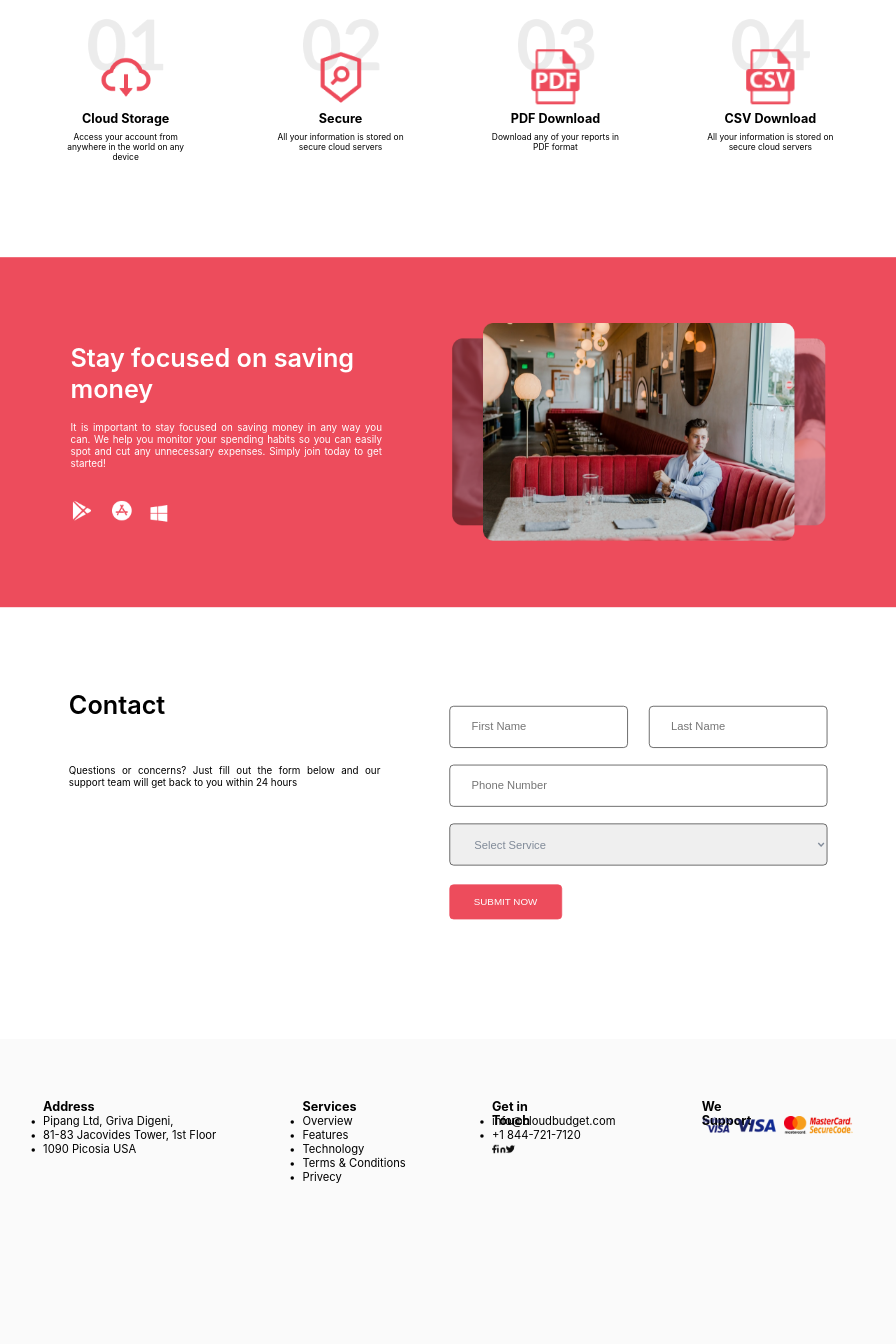
Repository: Ola-22/cloudBudget
Page: /
These files come from the project's save history. The page is drawn as it stood at one moment and after the next save; the edit follows.
The browser window is 1280 px wide. The pictures show the part of the page from y = 2108 to 4028 px (the page is 4028 px tall), at 70% of full size.
The project was rebuilt for these pictures with package versions that can differ from the ones it lists, and the page was loaded fresh each time.

Above is the page before, as saved 2021-09-14 14:27:30.

### src/App.js
import "./App.css";
import {
  Navbar,
  MainContent,
  VideoSection,
  Features,
  Technology,
  AppDownload,
  Contact,
  Footer,
} from "./components/component-path";

function App() {
  return (
    <div className="App">
      <div
        className="app-main"
        style={{
          backgroundImage:
            "linear-gradient(90deg, rgba(213, 32, 71, 0.8) 0%, rgba(238, 61, 27, 0.8) 100%),url(/images/bg.png)",
          height: "782px",
        }}
      >
        <Navbar />
        <MainContent />
      </div>
      <VideoSection />
      <Features />
      <Technology />
      <AppDownload />
      <Contact />
      <Footer />
    </div>
  );
}

export default App;

### src/App.css
*{
  margin: 0;
  padding: 0;
  box-sizing: border-box;
}

.app-main{
  /* height: 782px; */
  background-position: center;
  background-repeat: no-repeat;
  background-size: cover;
  position: relative;
}

### src/Components/component-path.js
export { default as Navbar } from "./Navbar";
export { default as MainContent } from "./MainContent";
export { default as VideoSection } from "./VideoSection";
export { default as Features } from "./Features";
export { default as Technology } from "./Technology";
export { default as AppDownload } from "./AppDownload";
export { default as Contact } from "./Contact";
export { default as Footer } from "./Footer";

### src/Components/Navbar/index.jsx
import "./style.scss";
import { Link, BrowserRouter as Router } from "react-router-dom";

function Navbar() {
  return (
    <div className="nav-main">
      <div className="nav-box">
        <img src="/images/Vector.png" alt="" />
        <h3>CLOUDBUDGET</h3>
      </div>
      <Router>
        <nav>
          <Link to="/">overview</Link>
          <Link to="/">features</Link>
          <Link to="/">technology</Link>
          <Link to="/">contact</Link>
          <Link to="/">sign up</Link>
        </nav>
      </Router>
      <div style={{ display: "flex", cursor: "pointer" }}>
        <div className="flag-box">
          <img src="/images/flag.png" alt="" />
          <h4>EN</h4>
          <img src="/images/vector2.png" alt="" />
        </div>
        <button>Login</button>
      </div>
    </div>
  );
}

export default Navbar;

### src/Components/MainContent/index.jsx
import "./style.css";

export default function MainContent() {
  return (
    <div className="main-content">
      <h1>CloudBudget</h1>
      <p>
        Cloud budget management for everyone. Only €69.95 a Month After a 7 Day
        Trial of
        <br /> Up to €4.99
      </p>
      <button>sign up</button>
    </div>
  );
}

### src/Components/VideoSection/index.jsx
import "./style.scss";

export default function VideoSection() {
  return (
    <div className="videoMain">
      <div className="video-content">
        <h2>Easy to Use Cloud Budget Management Software</h2>
        <p>
          Our software is made so you can access and manage your budget and
          expenses online at any time from any device. It provides detailed
          income and expense reports with graphs so you can easilly see your
          spending patterns and budget at a glance. Read below to find out more.
        </p>
        <a href="#">Learn More</a>
      </div>
      <div>
        <img src="/images/play.png" alt="" />
        <img src="/images/Video_bg.png" alt="" />
      </div>
    </div>
  );
}

### src/Components/Features/index.jsx
import FeaturesCard from "./FeaturesCard";
import "./style.scss";

export default function Features() {
  return (
    <div className="features-main">
      <h1>Features</h1>
      <div>
        <FeaturesCard
          src="/images/features1.png"
          title="Supports All Currencies and Cards"
          paragraph="We support all popular currencies and is fully customizable to add"
          readmore="Read More"
        />
        <FeaturesCard
          src="/images/features2.png"
          title="Manage your expenses on the go"
          paragraph="You can access your account from anywhere in the world on any device"
          readmore="Read More"
        />
        <FeaturesCard
          src="/images/features3.png"
          title="Cloud Budget Management Software"
          paragraph="Our software is made so you can access and manage your budget"
          readmore="Read More"
        />
      </div>
    </div>
  );
}

### src/Components/Technology/index.jsx
import "./style.scss";
import TechCard from "./TechCard";

export default function Technology() {
  return (
    <div className="tech-main">
      <h1>Technology</h1>
      <div>
        <TechCard
          src="/images/tech1.png"
          title="Cloud Storage"
          paragraph="Access your account from anywhere in the world on any device"
          background="01.png"
        />
        <TechCard
          src="/images/tech2.png"
          title="Secure"
          paragraph="All your information is stored on secure cloud servers"
          background="02.png"
        />
        <TechCard
          src="/images/tech3.png"
          title="PDF Download"
          paragraph="Download any of your reports in PDF format"
          background="03.png"
        />
        <TechCard
          src="/images/tech4.png"
          title="CSV Download"
          paragraph="All your information is stored on secure cloud servers"
          background="04.png"
        />
      </div>
    </div>
  );
}

### src/Components/AppDownload/index.jsx
import "./style.scss";

export default function AppDownload() {
  return (
    <div className="download-main">
      <div>
        <h1>Stay focused on saving money</h1>
        <p>
          It is important to stay focused on saving money in any way you can. We
          help you monitor your spending habits so you can easily spot and cut
          any unnecessary expenses. Simply join today to get started!
        </p>
        <img src="/images/playstore.png" alt="" />
        <img src="/images/applestore.png" alt="" />
        <img src="/images/windows.png" alt="" />
      </div>
      <div>
        <div>
          <img src="/images/Video_bg3.png" alt="" />
          <img src="/images/Video_bg2.png" alt="" />
        </div>
        <img src="/images/Video_bg1.png" alt="" />
      </div>
    </div>
  );
}

### src/Components/Contact/index.jsx
import "./style.scss";
import Input from "./Input";

export default function Contact() {
  return (
    <div className="contact-main">
      <div>
        <h4>Contact</h4>
        <p>
          Questions or concerns? Just fill out the form below and our support
          team will get back to you within 24 hours
        </p>
      </div>
      <div>
        <div>
          <Input
            name="first_name"
            id="first_name"
            type="text"
            // onChange={this.handleChange}
            // value={email}
            placeholder="First Name"
          />
          <Input
            name="last_name"
            id="last_name"
            type="text"
            // onChange={this.handleChange}
            // value={email}
            placeholder="Last Name"
          />
        </div>
        <div>
          <Input
            name="phone"
            id="phone"
            type="text"
            // onChange={this.handleChange}
            // value={email}
            placeholder="Phone Number"
          />
        </div>

        <select name="service" id="service">
          <option value="other">Select Service</option>
          <option value="other">other</option>
          <option value="other">other</option>
          <option value="other">other</option>
        </select>
        <button>Submit now</button>
      </div>
    </div>
  );
}

### src/Components/Footer/index.jsx
import "./style.scss";

export default function Footer() {
  return (
    <div className="footer-main">
      <div>
        <h3>Address</h3>
        <ul>
          <li> Pipang Ltd, Griva Digeni,</li>
          <li>81-83 Jacovides Tower, 1st Floor</li>
          <li>1090 Picosia USA</li>
        </ul>
      </div>
      <div>
        <h3>Services</h3>
        <ul>
          <li>Overview</li>
          <li>Features</li>
          <li>Technology</li>
          <li>Terms & Conditions</li>
          <li>Privecy</li>
        </ul>
      </div>
      <div>
        <h3>Get in Touch</h3>
        <ul>
          <li>info@cloudbudget.com</li>
          <li>+1 844-721-7120</li>
        </ul>
        <div>
          <a href="https://www.facebook.com/">
            <img src="/images/facebook.png" alt="" />
          </a>
          <a href="https://www.linkedin.com/">
            <img src="/images/linkedin.png" alt="" />
          </a>
          <a href="https://twitter.com/">
            <img src="/images/twitter.png" alt="" />
          </a>
        </div>
      </div>
      <div>
        <h3>We Support</h3>
        <img src="/images/secure.png" alt="" />
      </div>
    </div>
  );
}

### src/Components/Navbar/style.scss
@import "../../styles/variables.scss";

.nav-main{
  display: flex;
  align-items: center;
  justify-content: space-around;
  padding-top: 52px;
  & >nav{
    display: flex;
    & >a {
      margin-left: 20px;
      text-transform: uppercase;
      color: $whiteColor;
      font-size: 14px;
      text-decoration: none;
    }
  }

  & button{
    width: 100px;
    height: 40px;
    background-color: transparent;
    border-radius: 6px;
    border: 1px solid $whiteColor;
    font-size: 14px;
    text-transform: uppercase;
    color: $whiteColor;
    margin-inline-start: 28.81px;
    margin-inline-end: 28px;
  }
}

.nav-box{
  display: flex;
  // margin-left: 5%;
  & > h3{
    font-size: 18px;
    margin-left: 9.9px;
    color: white;
  }
}

.flag-box{
  display: flex;
  align-items: center;
  width: 96px;
  & > h4{
    font-size: 14px;
    color: $whiteColor;
    margin-inline-start: 13.81px;
    margin-inline-end: 13.81px;
  }
}

### src/Components/MainContent/style.css
.main-content {
  display: -webkit-box;
  display: -ms-flexbox;
  display: flex;
  -webkit-box-align: center;
      -ms-flex-align: center;
          align-items: center;
  -webkit-box-orient: vertical;
  -webkit-box-direction: normal;
      -ms-flex-direction: column;
          flex-direction: column;
  color: #ffffff;
  margin-top: 158px;
}

.main-content > h1 {
  font-size: 72px;
  text-transform: uppercase;
  margin-left: 18px;
  letter-spacing: 0.05em;
}

.main-content > p {
  font-size: 24px;
  width: 540px;
  height: 124px;
  font-weight: 600;
  overflow-wrap: break-word;
  text-align: center;
  margin: 0;
}

.main-content > button {
  background-color: #ffffff;
  border-radius: 6px;
  width: 160px;
  height: 50px;
  font-size: 14px;
  text-transform: uppercase;
  color: #ED4C5C;
  border: none;
  font-weight: 600;
  cursor: pointer;
}
/*# sourceMappingURL=style.css.map */

### src/Components/VideoSection/style.scss
@import "../../styles/variables.scss";

.videoMain{
  display: flex;
  justify-content: space-around;
  margin-top: 94px;
  height: 500px;
  flex-wrap: wrap;
  & > div:last-of-type{
    position: relative;
    & img:first-of-type{
      border: 1px solid $btnColor;
      background-color: $btnColor;
      border-radius: 50%;
      padding: 20px;
      // width: 18px;
      position: absolute;
      margin-top: 123px;
      left: -32px;
    }
  }
}

.video-content{
  width: 445px;
  & > h2{
    font-size: 36px;
    line-height: 43px;
    margin-top: 46px;
    font-weight: 600;
  }
  & > p{
    font-size: 14px;
    text-align: justify;
    margin: 24px 0;
  }
  & > a{
    color: $btnColor;
    font-size: 14px;
    text-decoration: none;
  }
}

### src/Components/Features/FeaturesCard/index.js
import "./style.scss";

export default function FeaturesCard({ src, title, paragraph, readmore }) {
  return (
    <div className="features-card">
      <img src={src} alt="" />
      <div>
        <h3>{title}</h3>
        <p>{paragraph}</p>
        <a href="#">{readmore}</a>
      </div>
    </div>
  );
}

### src/Components/Features/style.scss
.features-main{
  background-color: #fafafa;
  // padding-top: 60px;
  height: 600px;
  & >h1{
    text-align: center;
    padding-top: 60px;
    padding-bottom: 63px;
  }
  & > div:first-of-type{
    display: flex;
    justify-content: space-evenly;
    height: 660px;
    flex-wrap: wrap;
  }
}

### src/Components/Technology/style.scss
.tech-main{
   height: 500px;

   & > h1{
     font-size: 36px;
     text-align: center;
     padding-top: 63px;
     padding-bottom: 52px;
   }

  & > div:first-of-type{
    display: flex;
    justify-content: space-evenly;
    flex-wrap: wrap;
  }
}

### src/Components/Technology/TechCard/index.jsx
import "./style.scss";

export default function TechCard({ src, title, paragraph, background }) {
  return (
    <div
      className="tech-card"
      style={{
        backgroundImage: `url(/images/${background}`,
        backgroundRepeat: "no-repeat",
        position: "relative",
        backgroundPosition: "center top",
      }}
    >
      <img src={src} alt="" />
      <h2>{title}</h2>
      <p>{paragraph}</p>
    </div>
  );
}

### src/Components/AppDownload/style.scss
@import "../../styles/variables.scss";

.download-main{
  background-color: $btnColor;
  height: 500px;
  color: $whiteColor;
  display: flex;
  justify-content: space-evenly;
  position: relative;
  &>div:first-of-type{
    width: 445px;
    & > h1{
      margin-top: 122px;
      width: 445px;
      font-size: 36px;
      font-weight: 600;
      margin-bottom: 24px;
    }
    & >p{
      margin-bottom: 44px;
      font-size: 14px;
      text-align: justify;
    }
    & > img:not(:first-of-type){
      margin-left: 25px;
    }
  }
  &>div:last-of-type{
    width: 533px;
    position: relative;
    padding-top: 116px;
    & > div {
    display: flex;
    position: relative;
    & >img:first-of-type{
      position: absolute;
      left: 150px;
    }
    }
    & > img{
      position: absolute;
      left: 44px;
      top: 94px;
    }
  }
}

### src/Components/Contact/style.scss
@import "../../styles/variables.scss";

.contact-main{
  display: flex;
  margin-top: 117px;
  justify-content: space-evenly;
  height: 500px;
  &> div:first-of-type{
    width: 445px;
    height: 160px;
    & > h4{
      font-size: 36px;
      font-weight: 600;
      height: 107px;
    }
    & >p{
      height: 64px;
      font-size: 14px;
      text-align: justify;
    }
  }
  &>div:last-of-type{
    width: 540px;
    height: 305px;

    & input, & select{
       height: 60px;
       border-radius: 6px;
       font-size: 16px;
       color: rgba(19,39,67,0.5);
       padding-left: 31px;
       outline: none;
       border: 1px solid #333333;
    }

    & input, & >select{
      width: 540px;
      margin-top: 24px;
    }

    &>div:first-of-type{
       &  input{
       width: 255px;
      &:last-of-type{
        margin-left: 30px;
      }
    }
    }


    & > button{
      background-color: $btnColor;
      border-radius: 6px;
      width: 161px;
      height: 50px;
      margin-top: 27px;
      border: 1px solid $btnColor;
      color: $whiteColor;
      text-transform: uppercase;
      font-size: 14px;
    }
  }
}

### src/Components/Contact/Input/index.jsx
// import React from "react";

export default function Input({
  name,
  type,
  onChange,
  value,
  placeholder,
  id,
}) {
  return (
    <>
      <input
        name={name}
        type={type}
        id={id}
        onChange={onChange}
        value={value}
        placeholder={placeholder}
        className="inputLog"
      />
    </>
  );
}

### src/Components/Footer/style.scss
.footer-main{
  display: flex;
  flex-wrap: wrap;
  height: 435px;
  background-color: #fafafa;
  padding-top: 85px;
  justify-content: space-around;

  & h3{
    font-size: 18px;
    width: 65px;
    height: 22px;
  }

  & p {
    margin-top: 33px;
    font-size: 12px;
    width: 254px;
    height: 54px;
    text-align: justify;
  }

}

### src/styles/variables.scss
$whiteColor: #ffffff;
$blackColor: #000000;
$orangeColor: #EE3D1B;
$pinkColor: #D52047;
$btnColor: #ED4C5C;

### src/Components/Features/FeaturesCard/style.scss
@import "../../../styles/variables.scss";


.features-card{
  position: relative;
  text-align: center;
  & > div{
    background-color: $whiteColor;
    position: absolute;
    top: 157px;
    width: 293px;
    height: 198px;
    left: 29px;
    box-shadow: 0px 5px 30px rgba(0, 0, 0, 0.1);
    display: flex;
    flex-direction: column;
    align-items: center;
    color: #101010;
    border-radius: 8px;
    & > h3{
      margin-top: 33px;
      margin-bottom: 20px;
      font-size: 18px;
      width: 229px;
    }
    & > p{
      font-size: 12px;
      width: 229px;
      height: 57px;
    }
    & > a{
      color: $btnColor;
      font-size: 12px;
      font-weight: bold;
      text-decoration: none;
    }
  }
}

### src/Components/Technology/TechCard/style.scss
.tech-card{
  width: 255px;
  height: 226px;
  display: flex;
  flex-direction: column;
  align-items: center;
  flex-wrap: wrap;
  & > img{
    margin-top: 44px;
    width: 80px;
    height: 80px;
    object-fit: contain;
  }
  & >h2{
    font-size: 18px;
    margin-bottom: 10px;
    margin-top: 8px;
  }
  & > p{
    font-size: 12px;
    width: 191px;
    height: 51px;
    text-align: center;
    line-height: 14px;
  }
}

Loaded but not shown: public/index.html (common file); src/index.js (common file); src/index.css (common file); src/reportWebVitals.js (common file)

After the next save:
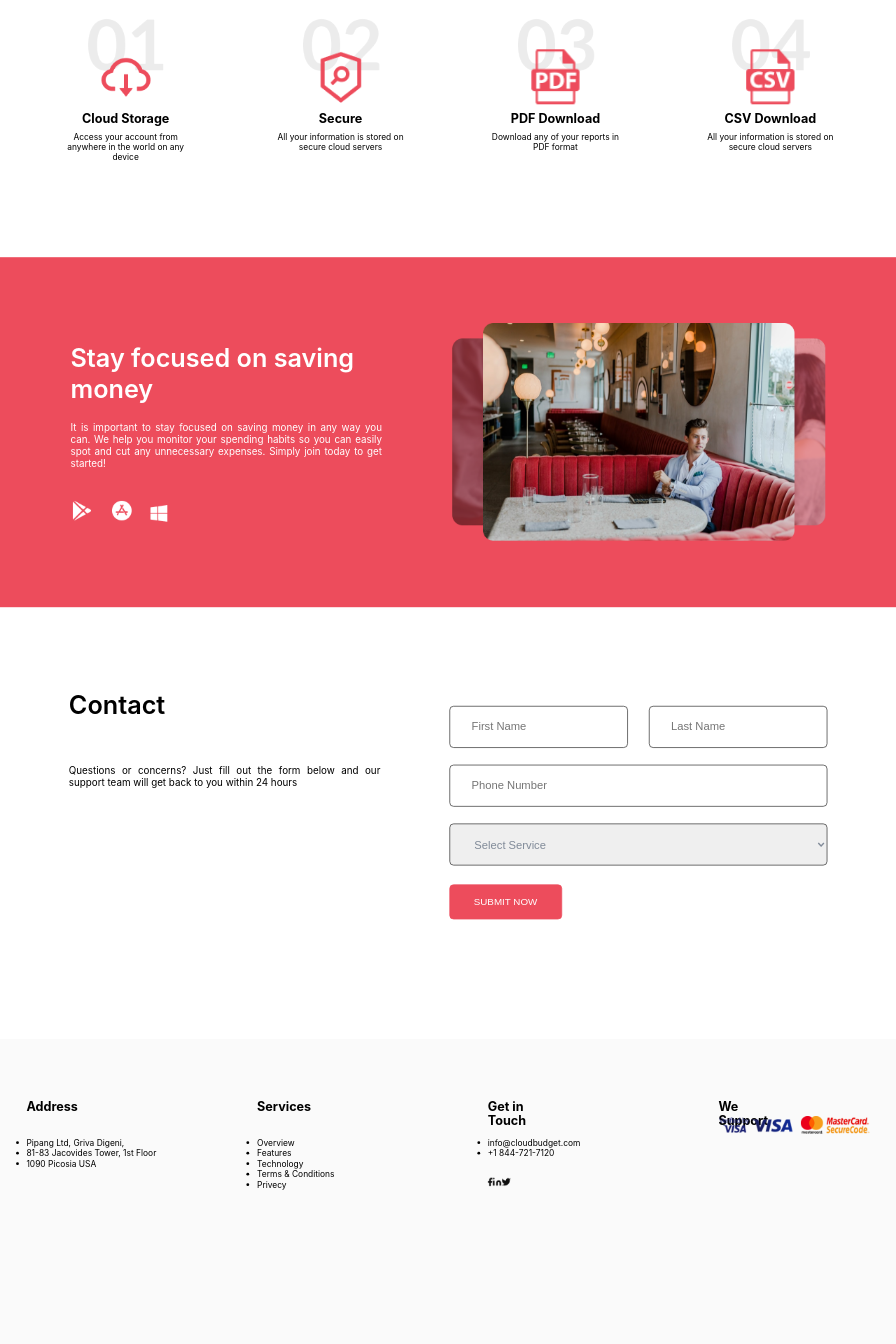
Saved 19 s later.
--- a/src/Components/Footer/style.scss
+++ b/src/Components/Footer/style.scss
@@ -12,7 +12,7 @@
     height: 22px;
   }
 
-  & p {
+  & ul {
     margin-top: 33px;
     font-size: 12px;
     width: 254px;
